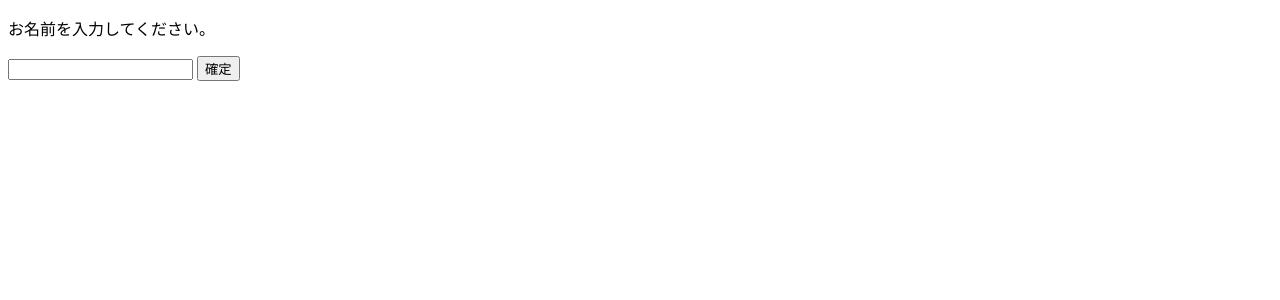
Repository: nhikaru/backup
Page: http://localhost/HelloJSP2/
These files come from the project's save history. The page is drawn as it stood at one moment and after the next save; the edit follows.
The browser window is 1280 px wide. The pictures show the whole page.
The page is served by Tomcat 9.

Above is the page before, as saved 2018-01-09 07:34:28.

After the next save:
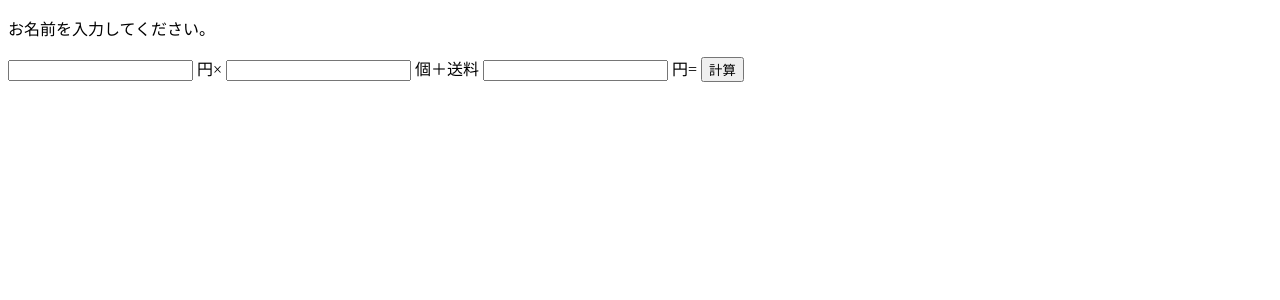
Saved 6 min 34 s later.
--- a/HelloJSP2/WebContent/index.jsp
+++ b/HelloJSP2/WebContent/index.jsp
@@ -10,9 +10,14 @@
 
 
 <p>お名前を入力してください。</p>
-<form method="post" action="greeting-out.jps">
-<input type="text" name="user">
-<input type="submit" value="確定">
+<form method="post" action="total-out.jsp">
+<input type="text" name="price">
+円×
+<input type="text" name="count">
+個＋送料
+<input type="text" name="delivery">
+円=
+<input type="submit" value="計算">
 </form>
 
 </body>
